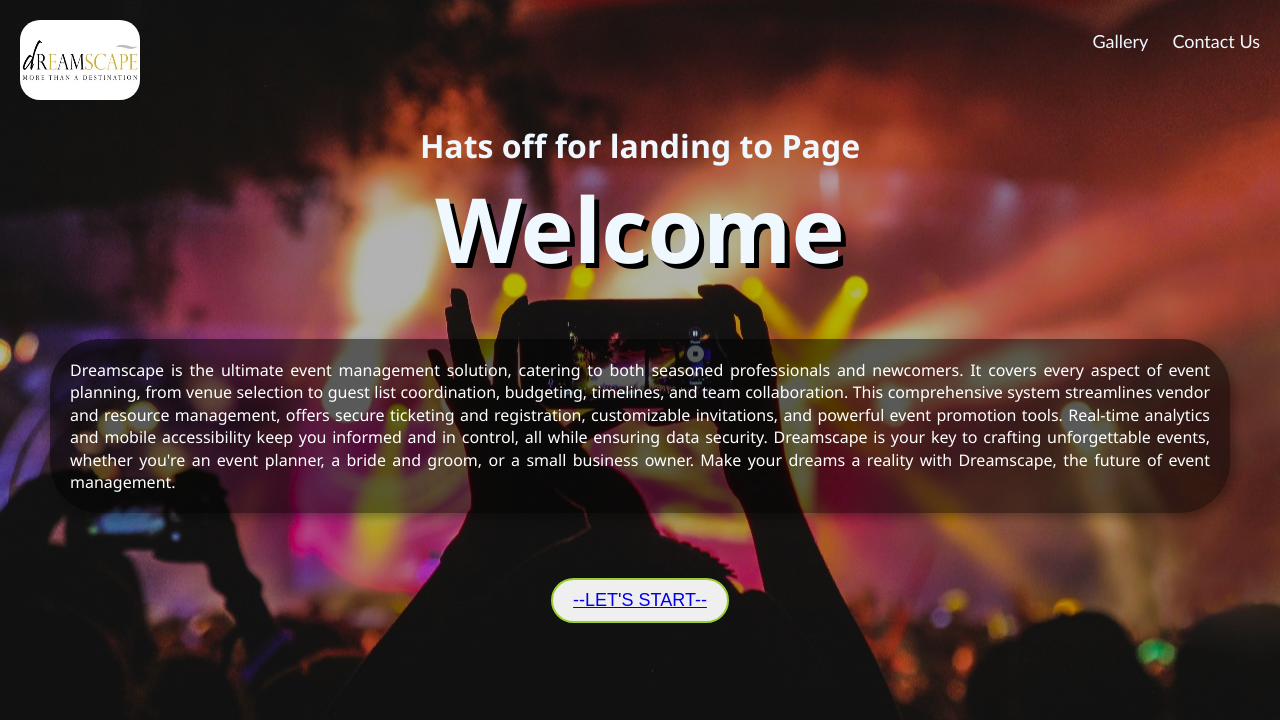
Repository: Dulankayapa/2ndyearoopprojrct
Page: http://localhost/feedback/welcome.jsp
These files come from the project's save history. The page is drawn as it stood at one moment and after the next save; the edit follows.
The browser window is 1280 px wide. The pictures show the whole page.
The page is served by Tomcat 9. Other server files are loaded and not shown.

Above is the page before, as saved 2023-10-23 13:02:53.

### feedback/src/main/webapp/welcome.jsp
<%@ page language="java" contentType="text/html; charset=ISO-8859-1"
	pageEncoding="ISO-8859-1"%>
<!DOCTYPE html>
<html>
<head>
<title>DreamScape</title>
<style>
* {
	margin: 0;
	padding: 0;
}

body {
	background-image: linear-gradient(rgba(0, 0, 0, 0.3), rgba(0, 0, 0, 0.3)),
		url("pexels-pixabay-206359.jpg");
	background-repeat: no-repeat;
	background-position: center;
	background-size: cover;
	background-attachment: fixed;
}

img {
	border-radius: 40px;
	width: 120px;
	height: 80px;
	margin: 0;
	padding: 20px;
}

h2 {
	font-family: 'Segoe UI', Tahoma, Geneva, Verdana, sans-serif;
	text-align: center;
	color: aliceblue;
	font-size: 32px;
	margin: 0% 0% 0% 0%;
	padding: 0%;
}

h1 {
	text-align: center;
	font-size: 90px;
	font-family: 'Segoe UI', Tahoma, Geneva, Verdana, sans-serif;
	color: aliceblue;
	text-shadow: 5px 5px black;
	margin: 0%;
	padding: 0%;
}

p {
	font-family: 'Segoe UI', Tahoma, Geneva, Verdana, sans-serif;
	text-align: center;
	color: azure;
	line-height: 1.4;
	margin: 50px 50px 60px 50px;
}

.showcase {
	justify-content: center;
	align-items: center;
	text-align: center;
}

.button {
	font-size: 18px;
	text-decoration: none;
	color: black;
	border: yellowgreen 2px solid;
	padding: 10px 20px;
	border-radius: 40px;
	margin-top: 5px;
}

.button:hover {
	background: green;
	color: aliceblue;
}

.nav-area {
	float: right;
	list-style: none;
	margin-top: 30px;
	padding-right: 10px;
}

.nav-area li {
	display: inline-block;
}

.nav-area li a {
	color: aliceblue;
	text-decoration: none;
	padding: 5px 10px;
	font-family: 'Trebuchet MS', 'Lucida Sans Unicode', 'Lucida Grande',
		'Lucida Sans', Arial, sans-serif;
	font-size: 18px;
	border-radius: 10px;
}

.nav-area li a:hover {
	background: aliceblue;
	color: blue;
}
</style>
</head>
<body>

	<img src="headerlogo.jpg" alt="logo" class="img">




	<ul class="nav-area">

		<li><a href="EventGallery.jsp">Gallery</a></li>
		<li><a href="www.google.com">Contact Us</a></li>

	</ul>

	<h2>Hats off for landing to Page</h2>
	<h1>Welcome</h1>
	<p
		style="background-color: rgba(0, 0, 0, 0.5); color: white; padding: 20px; border-radius: 50px; box-shadow: 5px 5px 10px rgba(0, 0, 0, 0.3); text-align: justify;">
		Dreamscape is the ultimate event management solution, catering to both
		seasoned professionals and newcomers. It covers every aspect of event
		planning, from venue selection to guest list coordination, budgeting,
		timelines, and team collaboration. This comprehensive system
		streamlines vendor and resource management, offers secure ticketing
		and registration, customizable invitations, and powerful event
		promotion tools. Real-time analytics and mobile accessibility keep you
		informed and in control, all while ensuring data security. Dreamscape
		is your key to crafting unforgettable events, whether you're an event
		planner, a bride and groom, or a small business owner. Make your
		dreams a reality with Dreamscape, the future of event management.</p>

	<div class="showcase">
		<button class="button"> <a href="Registration.jsp">--LET'S START--</a></button>
	</div>

</body>
</html>

After the next save:
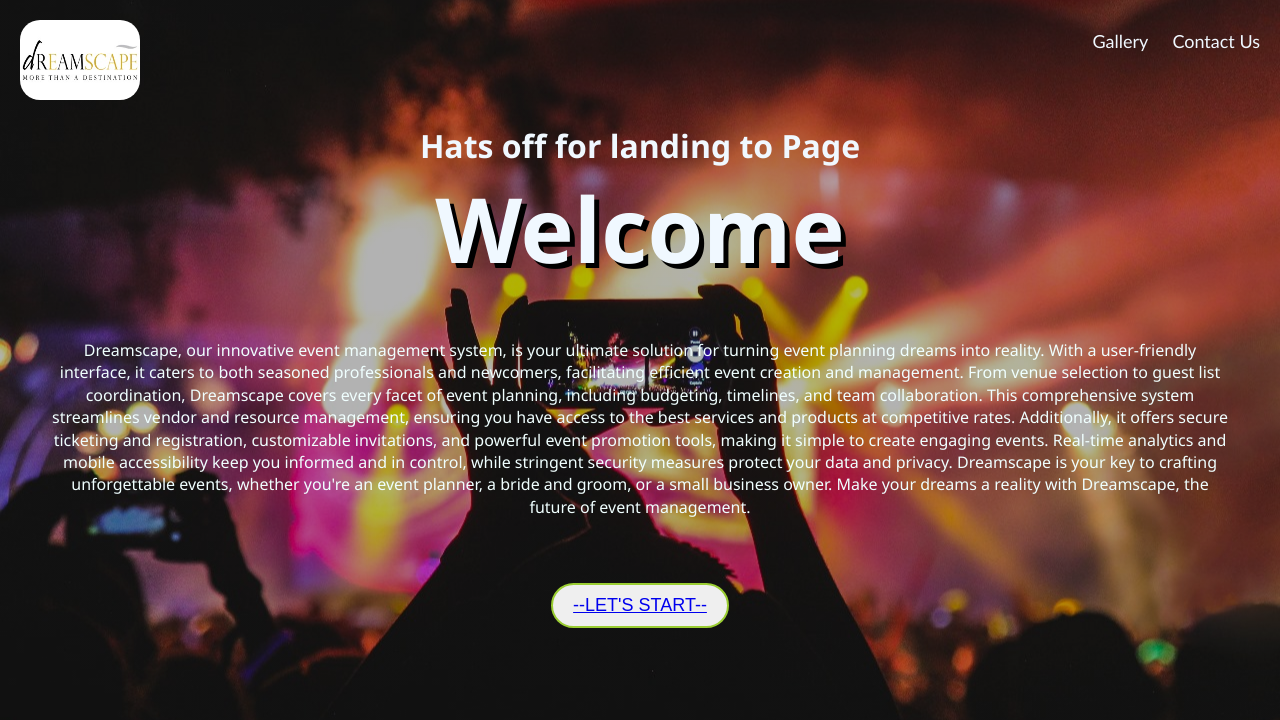
Saved 83 s later.
--- a/feedback/src/main/webapp/welcome.jsp
+++ b/feedback/src/main/webapp/welcome.jsp
@@ -118,19 +118,19 @@ p {
 
 	<h2>Hats off for landing to Page</h2>
 	<h1>Welcome</h1>
-	<p
-		style="background-color: rgba(0, 0, 0, 0.5); color: white; padding: 20px; border-radius: 50px; box-shadow: 5px 5px 10px rgba(0, 0, 0, 0.3); text-align: justify;">
-		Dreamscape is the ultimate event management solution, catering to both
-		seasoned professionals and newcomers. It covers every aspect of event
-		planning, from venue selection to guest list coordination, budgeting,
-		timelines, and team collaboration. This comprehensive system
-		streamlines vendor and resource management, offers secure ticketing
-		and registration, customizable invitations, and powerful event
-		promotion tools. Real-time analytics and mobile accessibility keep you
-		informed and in control, all while ensuring data security. Dreamscape
-		is your key to crafting unforgettable events, whether you're an event
-		planner, a bride and groom, or a small business owner. Make your
-		dreams a reality with Dreamscape, the future of event management.</p>
+	<div class="hometext">
+		<p>Dreamscape, our innovative event management system, is your ultimate solution for turning event planning dreams into reality.
+	 With a user-friendly interface, it caters to both seasoned professionals and newcomers, facilitating efficient event creation and management.
+	From venue selection to guest list coordination, Dreamscape covers every facet of event planning,
+	including budgeting, timelines, and team collaboration.
+	 This comprehensive system streamlines vendor and resource management,
+	  ensuring you have access to the best services and products at competitive rates.
+	Additionally, it offers secure ticketing and registration, customizable invitations, and powerful event promotion tools, making it simple to create engaging events.
+	 Real-time analytics and mobile accessibility keep you informed and in control,
+	while stringent security measures protect your data and privacy. Dreamscape is your key to crafting unforgettable events, whether you're an event planner,
+	a bride and groom, or a small business owner. Make your dreams a reality with Dreamscape, the future of event management. </p>
+
+	</div>
 
 	<div class="showcase">
 		<button class="button"> <a href="Registration.jsp">--LET'S START--</a></button>
